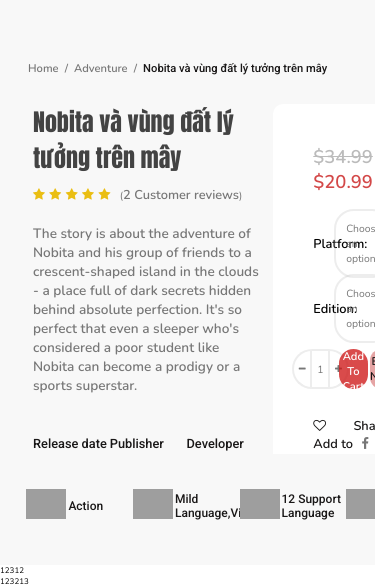
Repository: NguyenDinhThuyVy/TestWebsite
Page: detail.html
The author's editor kept a copy of each file at every save. The page is drawn from the files as they stood at one save, then again after the next save.
The browser window is 375 px wide. The pictures show the part of the page from y = 600 to 1187 px (the page is 1187 px tall).
Pictures or frames that could not be fetched are drawn as grey boxes. Some web fonts or font styles are not loaded; a fallback is used.

Above is the page before, as saved 2023-09-30 21:56:38.

After the next save:
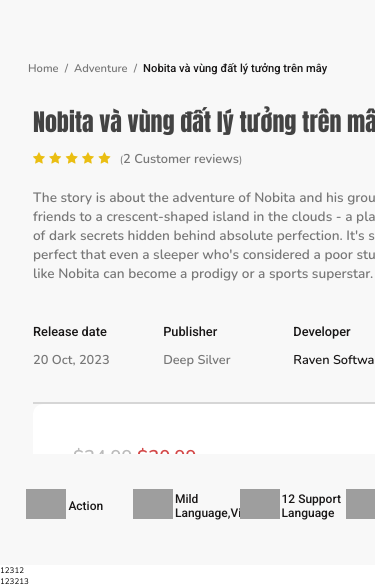
Saved 6 s later.
--- a/style.css
+++ b/style.css
@@ -519,7 +519,7 @@ html {
   .content-detail {
     margin: 28px 0px 0px 25px;
     display: grid;
-    grid-template-columns: 60% 40%;
+    grid-template-columns: 1fr;
     overflow: hidden;
     height: 350px;
   }
